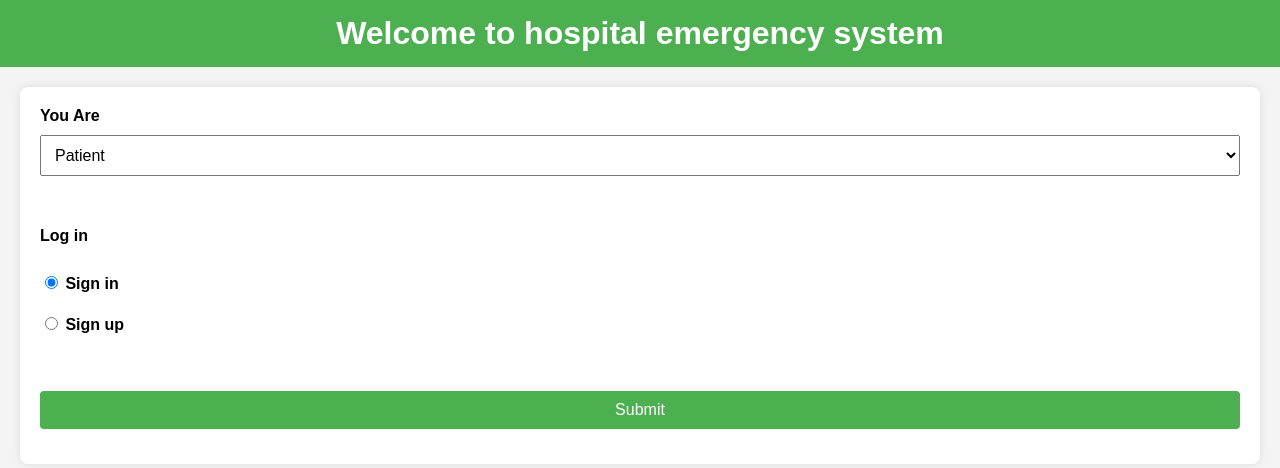
Repository: OmarAl-Saleh/Hospital-Emergency-System
Page: http://localhost/EmergencySystem/
These files come from the project's save history. The page is drawn as it stood at one moment and after the next save; the edit follows.
The browser window is 1280 px wide. The pictures show the whole page.
The page is served by Tomcat 9. Other server files are loaded and not shown.

Above is the page before, as saved 2024-05-25 11:50:28.

### EmergencySystem/EmergencySystem/src/main/webapp/index.jsp
<%@ page language="java" contentType="text/html; charset=ISO-8859-1"
    pageEncoding="ISO-8859-1"%>

<!DOCTYPE html>
<html>
<head>
<meta charset="ISO-8859-1">
<title>Emergency System</title>
<%


%>
</head>
<body>
    <header>
        <h1>Welcome to hospital emergency system</h1>
    </header>
    <main>
        <form action="log_in.jsp" method="get">
            <label for="you-are">You Are</label>
            <select id="you-are" name="you-are">
                <option value="patient">Patient</option>
                <option value="officer">Officer</option>
                <option value="screening-nurse">Screening Nurse</option>
                <option value="department-nurse">Department Nurse</option>
            </select>
            <br><br>
            <label>Log in</label><br>
            <label>
                <input type="radio" name="sign" value="sign-in" checked> Sign in
            </label>
            <label>
                <input type="radio" name="sign" value="sign-up"> Sign up
            </label>
            <br><br>
            <input type="submit" value="Submit">
        </form>
    </main>
</body>

<style>
    body {
        font-family: Arial, sans-serif;
        background-color: #f4f4f4;
        margin: 0;
        padding: 0;
    }

    header {
        background-color: #4CAF50;
        color: white;
        padding: 15px 0;
        text-align: center;
    }

    h1 {
        margin: 0;
        font-size: 2em;
    }

    main {
        margin: 20px;
        padding: 20px;
        background-color: white;
        border-radius: 8px;
        box-shadow: 0 0 10px rgba(0, 0, 0, 0.1);
    }

    form {
        display: flex;
        flex-direction: column;
    }

    label {
        margin-bottom: 10px;
        font-weight: bold;
    }

    select, input[type="radio"], input[type="submit"] {
        margin-bottom: 15px;
        padding: 10px;
        font-size: 1em;
    }

    input[type="submit"] {
        background-color: #4CAF50;
        color: white;
        border: none;
        cursor: pointer;
        border-radius: 4px;
    }

    input[type="submit"]:hover {
        background-color: #45a049;
    }
</style>
</html>

After the next save:
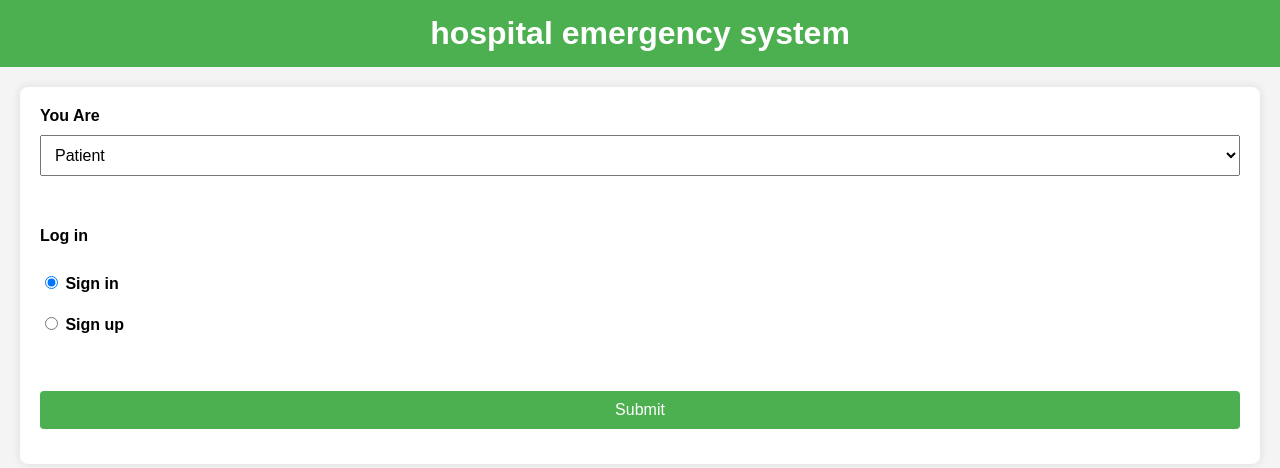
Saved 88 s later.
--- a/EmergencySystem/EmergencySystem/src/main/webapp/index.jsp
+++ b/EmergencySystem/EmergencySystem/src/main/webapp/index.jsp
@@ -13,7 +13,7 @@
 </head>
 <body>
     <header>
-        <h1>Welcome to hospital emergency system</h1>
+        <h1> hospital emergency system</h1>
     </header>
     <main>
         <form action="log_in.jsp" method="get">
